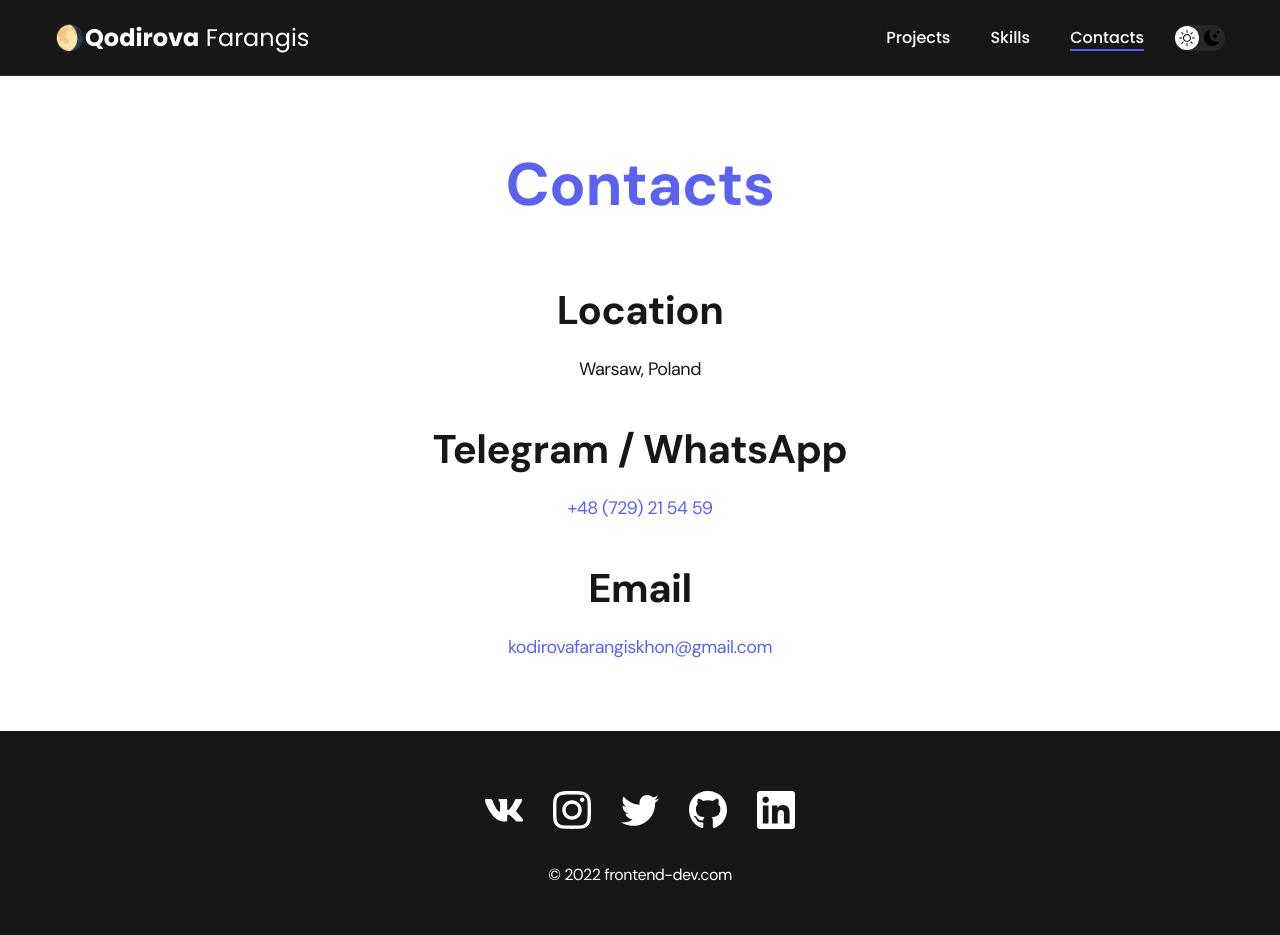
Repository: Saidbek191/portfolio-for-designer
Page: contacts.html
These files come from the project's save history. The page is drawn as it stood at one moment and after the next save; the edit follows.
The browser window is 1280 px wide. The pictures show the whole page.

Above is the page before, as saved 2025-10-21 18:53:54.

After the next save:
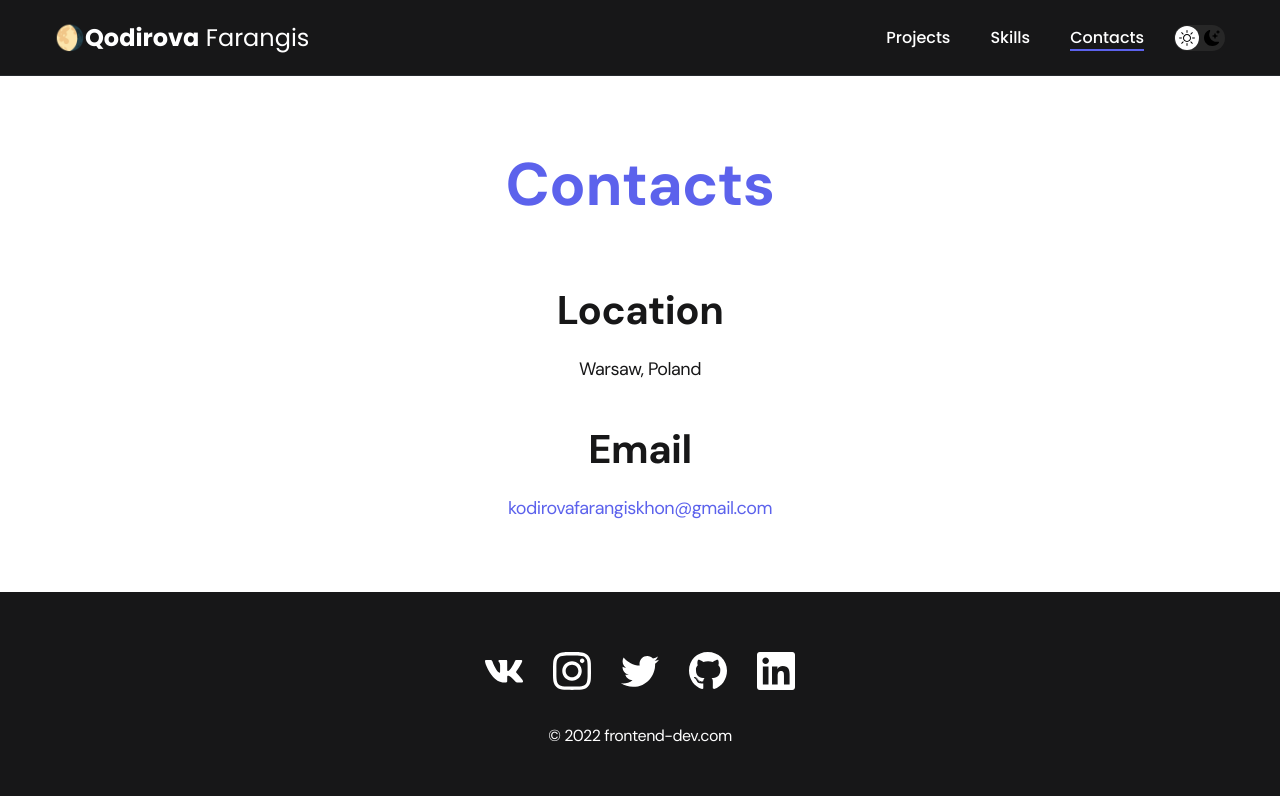
Saved 79 s later.
--- a/contacts.html
+++ b/contacts.html
@@ -47,10 +47,6 @@
                     <p>Warsaw, Poland</p>
                 </li>
                 <li class="content-list__item">
-                    <h2 class="title-2">Telegram / WhatsApp</h2>
-                    <p><a href="tel:+48729215459">+48 (729) 21 54 59</a></p>
-                </li>
-                <li class="content-list__item">
                     <h2 class="title-2">Email</h2>
                     <p> <a href="mailto:kodirovafarangiskhon@gmail.com">kodirovafarangiskhon@gmail.com</a></p>
                 </li>
